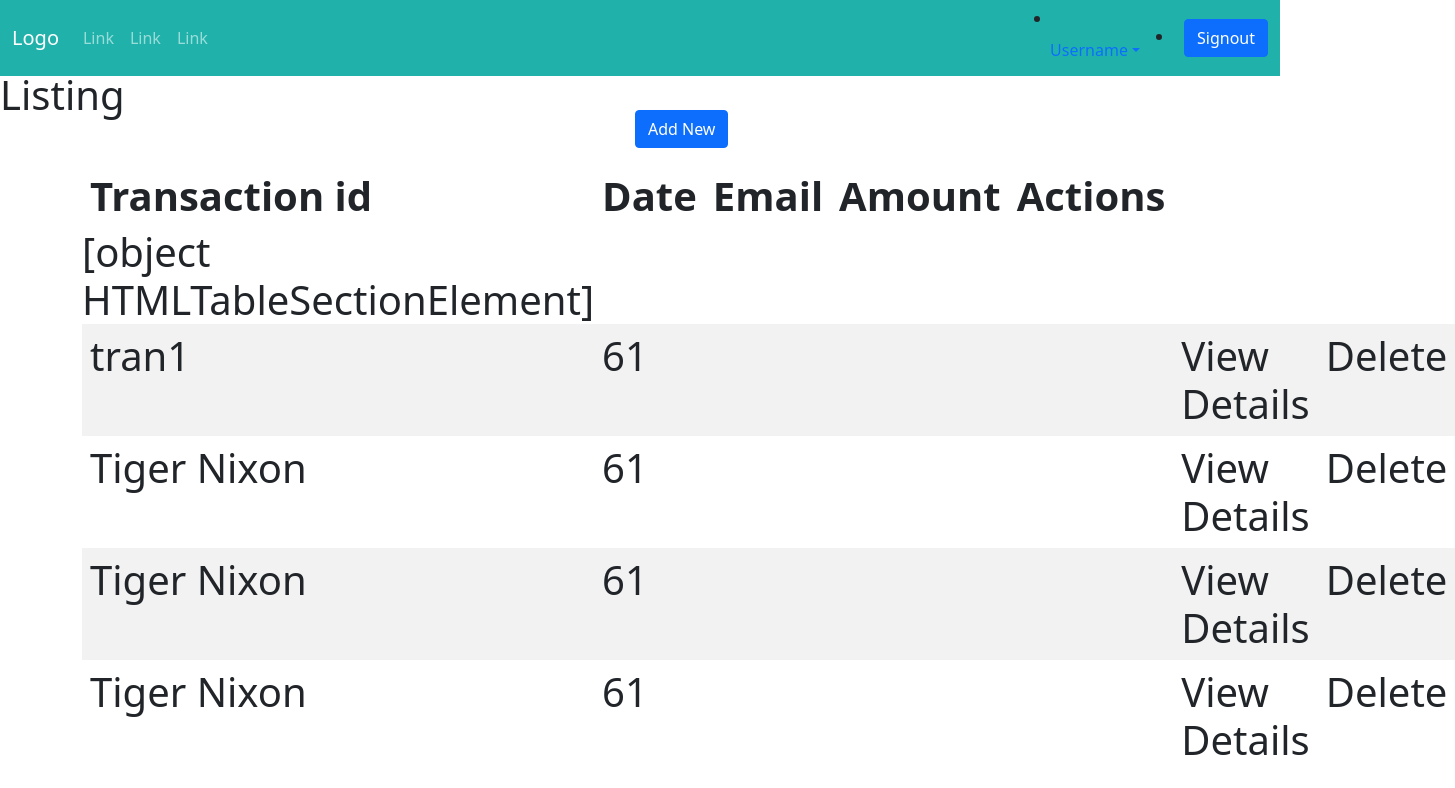
Repository: Sadia-Naveed-Shaikh/JavaScript-Website
Page: src/Listing.html
The author's editor kept a copy of each file at every save. The page is drawn from the files as they stood at one save, then again after the next save.
The browser window is 1280 px wide. The page is 1455 px wide, then 1371 px, so the pictures cover 1455 px, including what lies to the right of the window. The pictures show the whole page.
Some web libraries are served in a nearby version.

Above is the page before, as saved 2021-10-28 16:55:12.

After the next save:
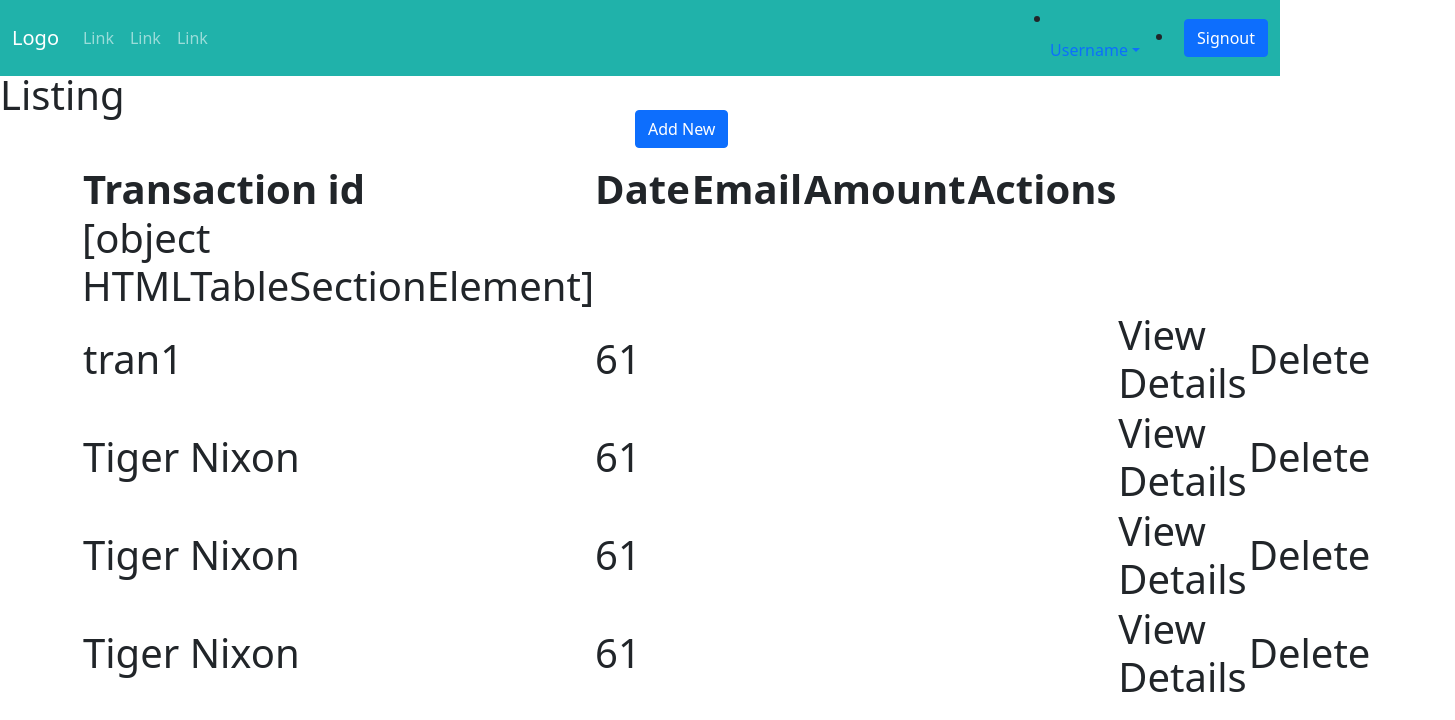
Saved 11 s later.
--- a/src/Listing.html
+++ b/src/Listing.html
@@ -133,7 +133,7 @@
             </div>
 
             <div class="container mt-3">
-                <table class="table table-striped table-hover  table-borderless">
+                <table class=" table-striped table-hover  table-borderless">
                     <thead>
                         <tr>
                             <th>Transaction id</th>
